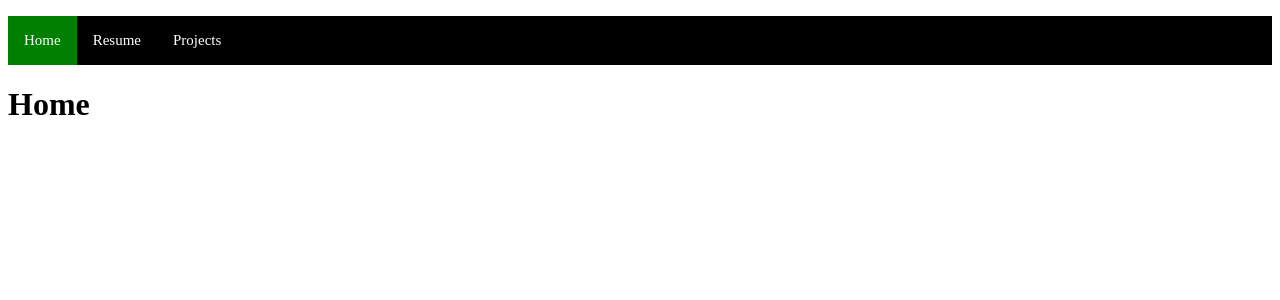
Repository: Coli-Pixel/Coli-Pixel.github.io
Page: index.html
The author's editor kept a record of every edit. The page is drawn from the files as they stood at one moment, then again after the next edit.
The browser window is 1280 px wide. The pictures show the whole page.

Above is the page before.

After the next edit:
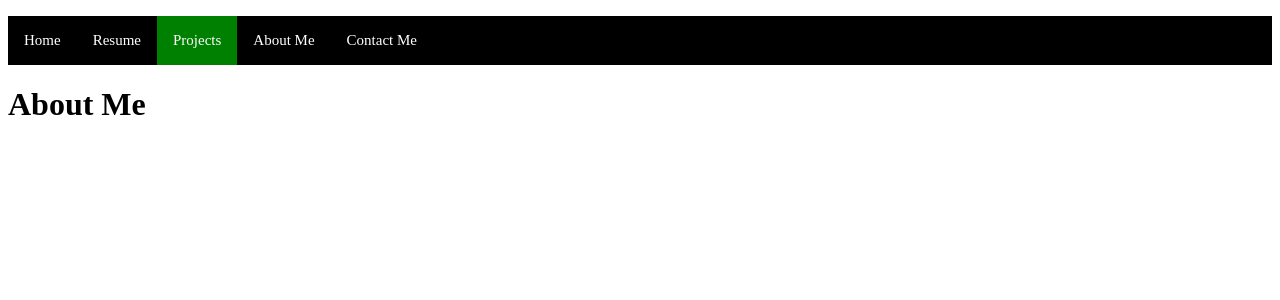
The edit:
--- a/index.html
+++ b/index.html
@@ -6,17 +6,19 @@
     </head>
     <body>
         <ul class="navbar">
-            <li class="active"><a href="/index.html">Home</a></li>
+            <li ><a href="/index.html">Home</a></li>
             <li><a href="/resume.html">Resume</a></li>
             <li class = "dropdown">
-                <div>Projects</div>
+                <div class="active">Projects</div>
                 <ul class="dropdown-content">
                     <li><a href="#">Project 1</a></li>
                     <li><a href="#">Project 2</a></li>
                     <li><a href="#">Project 3</a></li>
                 </ul>
             </li>
+            <li><a href="/about-me.html">About Me</a></li>
+            <li><a href="/contact-me.html">Contact Me</a></li>
         </ul>
-        <h1>Home</h1>
+        <h1>About Me</h1>
     </body>
 </html>
